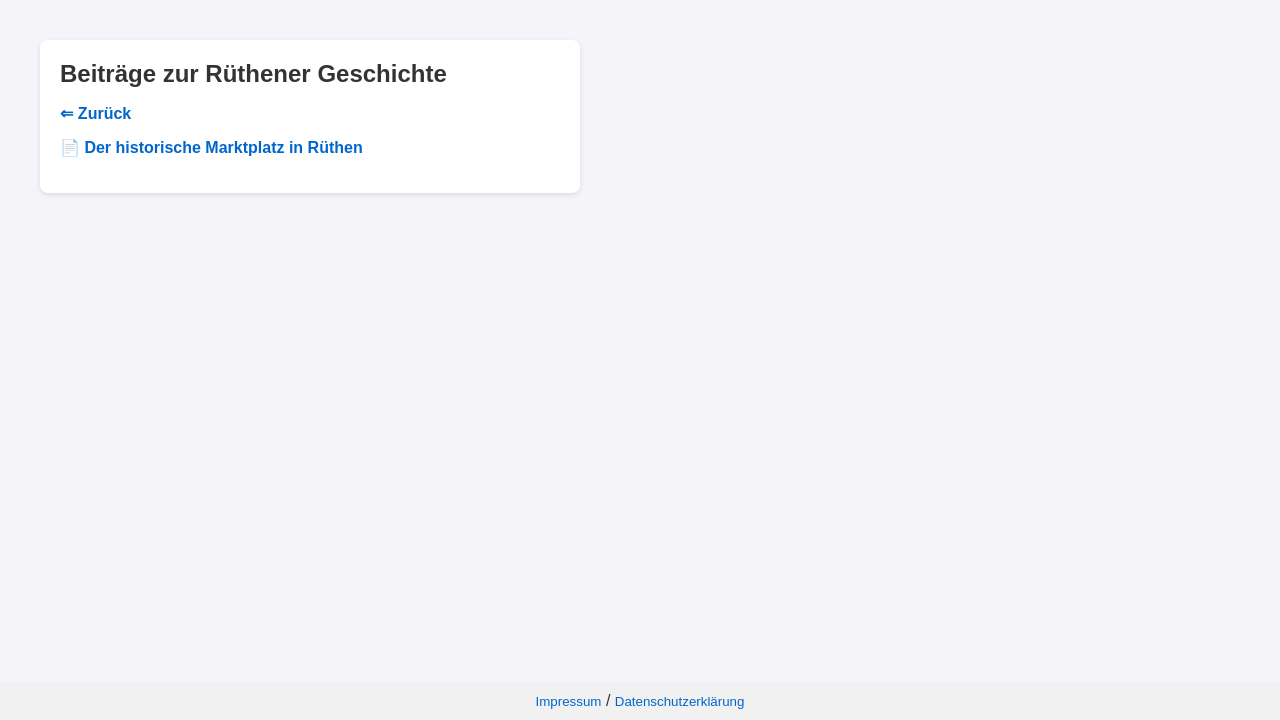
Repository: h-fahle/h-fahle.github.io
Page: geschichte/index.html
The author's editor kept a copy of each file at every save. The page is drawn from the files as they stood at one save, then again after the next save.
The browser window is 1280 px wide. The pictures show the whole page.

Above is the page before, as saved 2026-05-24 14:53:55.

After the next save:
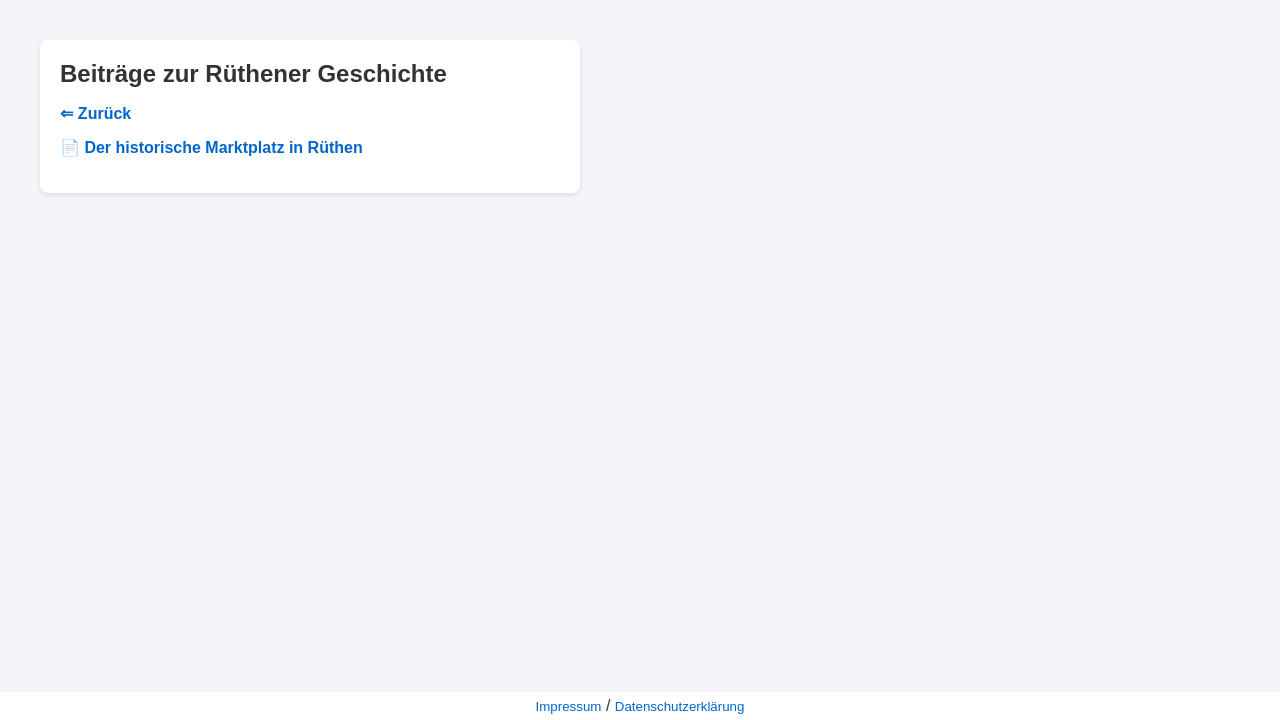
Saved 118 s later.
--- a/geschichte/index.html
+++ b/geschichte/index.html
@@ -16,8 +16,8 @@
         }
         footer {
             margin-top: auto; /* Drückt den Footer an den unteren Rand */
-            padding: 10px;
-            background-color: #f1f1f1;
+            padding: 5px;
+            background-color: #fff;
             text-align: center;
         }
         footer a {
